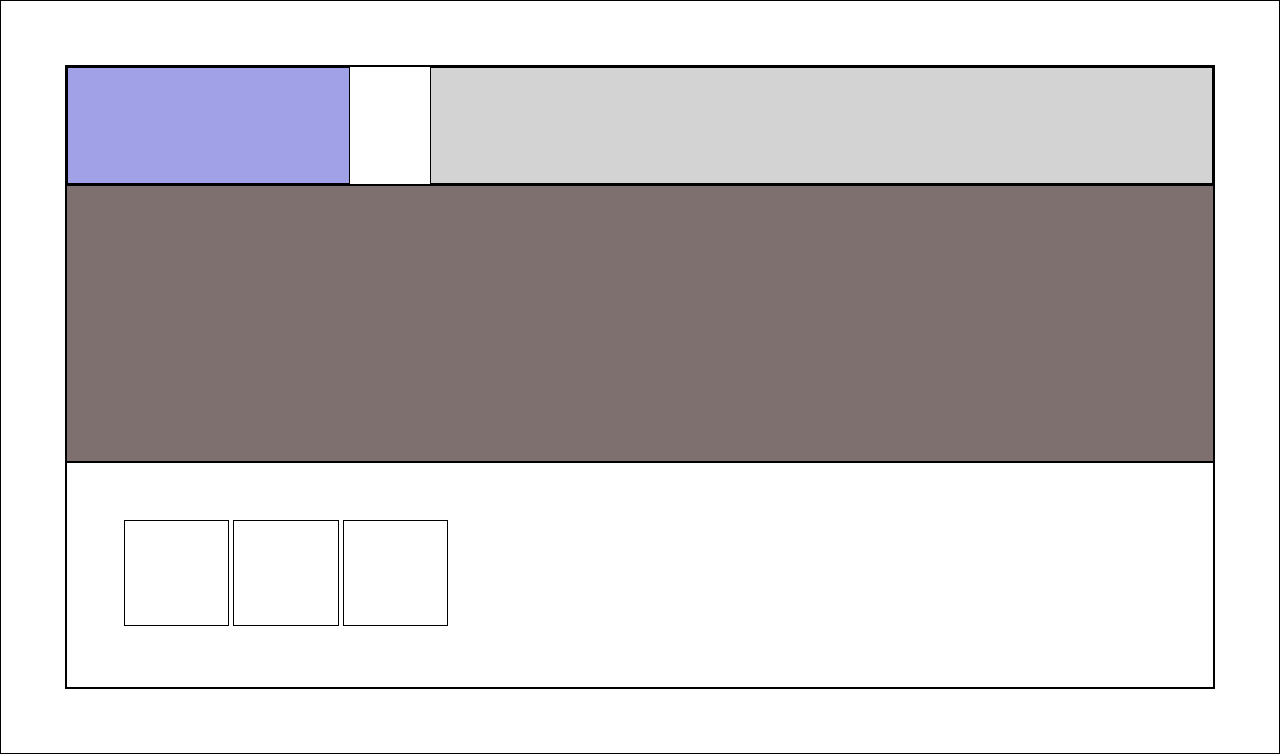
Repository: punitbathija/Placement-Assitance-iNeuron
Page: responsive-web-design.html
The author's editor kept a copy of each file at every save. The page is drawn from the files as they stood at one save, then again after the next save.
The browser window is 1280 px wide. The pictures show the whole page.

Above is the page before, as saved 2023-05-23 13:25:23.

After the next save:
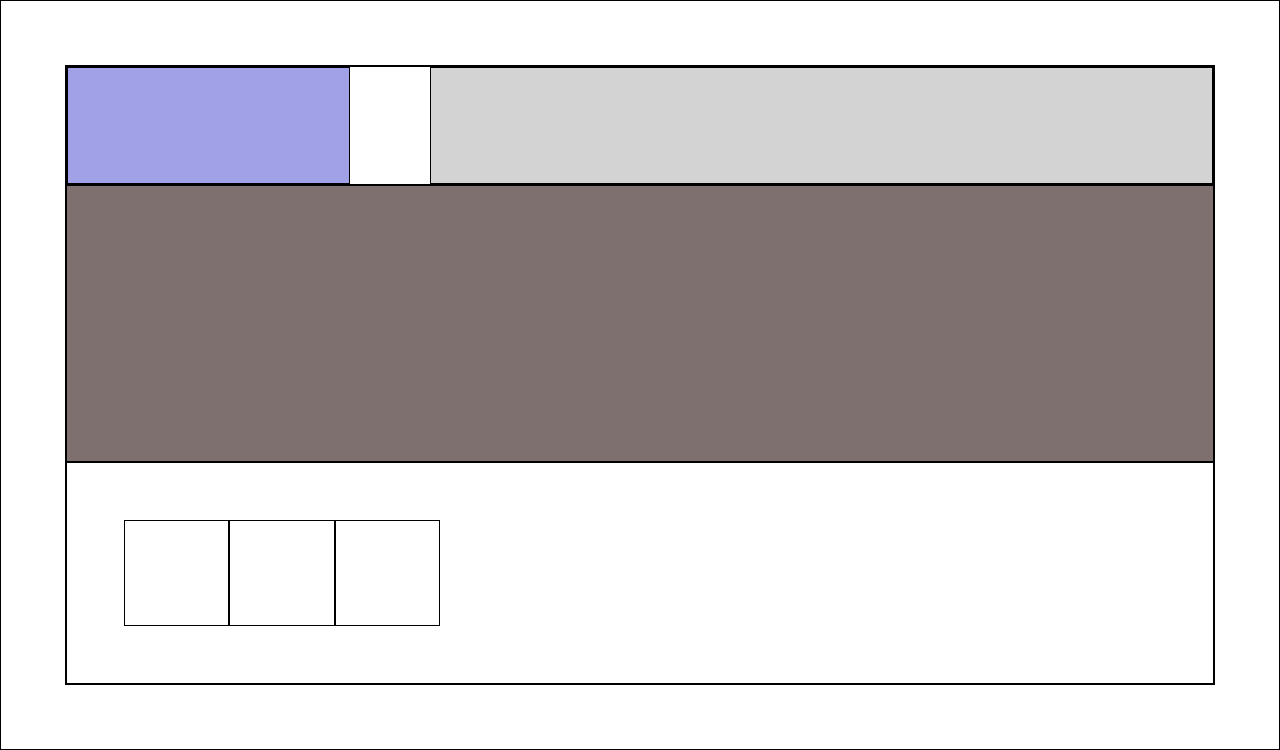
Saved 42 s later.
--- a/responsive-web-design.css
+++ b/responsive-web-design.css
@@ -33,3 +33,7 @@ body{
     padding: 12%;
     background-color: rgb(127, 112, 112);
 }
+
+.slidebar{
+    display: flex;
+}
